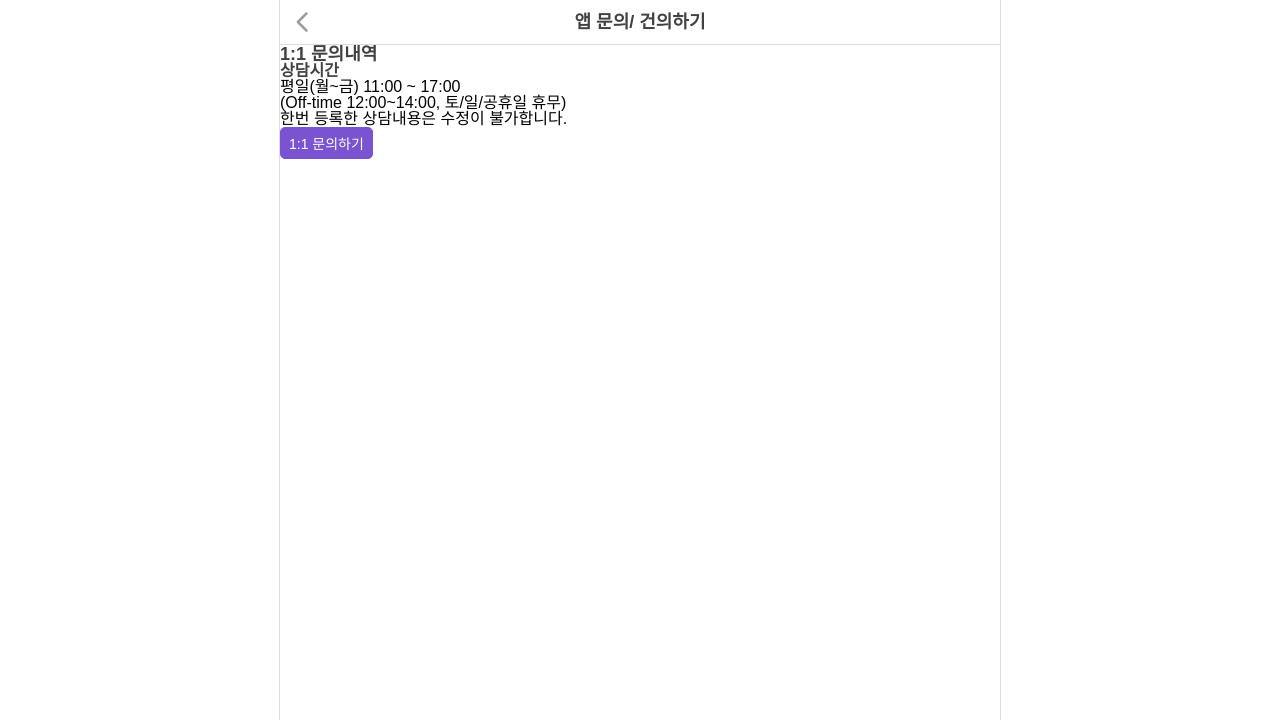
Repository: gosun1018/denguru
Page: my_complain.html
An editor plug-in stored every save of this project. The page is shown before and after the next save, followed by the edit.
The browser window is 1280 px wide. The pictures show the whole page.
Some web fonts or font styles are not loaded; a fallback is used. The style sheet was rebuilt from its Sass, Less or Tailwind sources for each picture, by a compiler version that may differ from the author's.

Above is the page before, as saved 2020-03-20 19:07:26.

### my_complain.html
<!DOCTYPE html>
<html lang="ko">
<head>
    <meta charset="UTF-8">
    <meta name="viewport" content="width=device-width, initial-scale=1.0">
    <title>DENGURU:: 앱 문의/ 건의하기</title>
    <link rel="stylesheet" href="css/main.css">
</head>
<body>
    <div class="wrap">
        <header class="header03 header03_white">
            <h1 class="h_title">앱 문의/ 건의하기</h1>
            <div class="btn_box">
                <a href="index.html" class="btn_goback btn_left">
                    <img src="images/icon-goback.svg" alt="이전페이지" class="icon">
                </a>
            </div>
        </header>
        <div class="main">
            <div class="pd_header03"></div>
            <div class="complain_container">
                <h2 class="title08">1:1 문의내역</h2>
                <div class="complain_announce_container">
                    <h3 class="title09">상담시간</h3>
                    <div class="complain_announce_txt">
                        평일(월~금) 11:00 ~ 17:00
                        <br>(Off-time 12:00~14:00, 토/일/공휴일 휴무)
                    </div>
                    <div class="complain_announce_txt">
                        한번 등록한 상담내용은 수정이 불가합니다.
                    </div>
                    <div class="btn_box">
                        <a href="" class="btn btn_mid btn_main">1:1 문의하기</a>
                    </div>
                </div>
            </div>
        </div>
    </div>
</body>
</html>

### css/scss/main.scss
@charset "utf-8";

//utils
@import "utils/variables";
@import "utils/mixins";
@import "utils/animations";

// base
@import "base/reset";
@import "base/layout";
@import "base/typography";

//modules
@import "modules/swipercustom";
@import "modules/form";
@import "modules/button";
@import "modules/popup";
@import "modules/popover";
@import "modules/toast";
@import "modules/pagination";

//component
@import "component/header";
@import "component/navigation";
@import "component/itemlist";
@import "component/reviewlist";
@import "component/taglist";
@import "component/postlist";
@import "component/postcontent";

//pages
@import "pages/mainpg";
@import "pages/search";
@import "pages/resister-pet";
@import "pages/review";
@import "pages/home-item-info";
@import "pages/gostore";
@import "pages/password-mail-complete";
@import "pages/storelist";
@import "pages/my-main";
@import "pages/my-notification";
@import "pages/members";
@import "pages/withdrawal";
@import "pages/order-history";
@import "pages/mycomplain";

### css/scss/utils/_variables.scss
@import url(https://cdn.jsdelivr.net/gh/moonspam/NanumSquare@1.0/nanumsquare.css);

//base color
$main-color: #7953d0;//#5f4899;
$main-bold-color: #5b13d6;
$secondary-color: #ffb025;
$accent-color: #ff4d7e;//#d72d5c;
$primary-color: #0095c6;
$bg-gray-color: #f3f1f6;

//gray-scale
$gray-0: #fff;
$gray-1: #f5f5f5;
$gray-2: #dbdbdb;
$gray-3: #bdbdbd;
$gray-4: #9e9e9e;
$gray-5: #747474;
$gray-6: #616161;
$gray-7: #414141;
$gray-8: #141414;

//FONT

//font-color
$bold-font-color: $gray-8;
$base-font-color: $gray-7;
$light-font-color: $gray-6;
$x-light-font-color: $gray-5;
$main-font-color: $main-color;
$main-bold-font-color: $main-bold-color;
$accent-font-color: $accent-color;
$primary-font-color: $primary-color;

//font-family
$base-font-family: 'NanumSquare','Apple SD Gothic Neo','Malgun Gothic',arial,sans-serif;

//font-size
$base-font-size: 14px;
$xsmall-font-size: ceil($base-font-size * 0.71); //10px
$small-font-size: ceil($base-font-size * 0.85); //12px
$mid-font-size: ceil($base-font-size * 0.92); //13px
$large-font-size: ceil($base-font-size * 1.14); //16px

$title-font-size: ceil($base-font-size * 1.28); //18px

//line-height
$base-line-height: 1.4;
$narrow-line-height: 1.2;
$mid-line-height: 1.6;
$wide-line-height: 1.8;

//
$layout-base-padding: 16px;
$layout-small-padding: $layout-base-padding / 2;
$layout-large-padding: $layout-base-padding * 1.5;

// border
$base-border: 1px solid $gray-3;
$light-border: 1px solid $gray-2;
$x-light-border: 1px solid $gray-1;
$main-border: 1px solid $main-color;
$secondary-border: 1px solid $secondary-color;
$accent-border: 1px solid $accent-color;
$primary-border: 1px solid $primary-color;

//border-radius
$base-border-radius: 5px;
$large-border-radius: 10px;

// fixed component height
$gnb-bottom-height: $layout-base-padding * 3.5;
$nav-gostore-height: 48px;

$header-height01: $layout-base-padding * 3.5;
$header-height02: $layout-base-padding * 3.5;
$header-height03: 45px;
$header-height04: 45px;
$header-height05: 45px;
$header-height06: $layout-base-padding * 3.5;

### css/scss/utils/_mixins.scss
@mixin clearfix {
    &:after {
        content: '';
        display: block;
        clear: both;
    }
}

@mixin position-center($position) {
    position: $position;
    top: 50%;
    left: 50%;
    transform: translate(-50%, -50%);
}

@mixin one-line-ellipsis {
    white-space: nowrap;
    text-overflow: ellipsis;
    overflow: hidden;
}

@mixin multi-line-ellipsis ($line-height, $lines) {
    overflow: hidden;
    text-overflow: ellipsis;
    display: -webkit-box;
    -webkit-line-clamp: $lines;
    -webkit-box-orient: vertical;
    word-wrap: break-word;
    line-height: $line-height;
    height: $line-height * $lines * 1em;
}

@mixin circle ($box-size) {
    width: $box-size;
    height: $box-size;
    border-radius: $box-size / 2;
}

@mixin blind {
    position: absolute;
    overflow: hidden;
    clip: rect(0 0 0 0);
    margin: -1px;
    width: 1px;
    height: 1px;
}

@mixin layout-frame {
    width: 100%;
    max-width: 720px;
    min-width: 320px;
}

@mixin thumnail {
    position: relative;
    overflow: hidden;

    .img {
        position: absolute;
        top: 0;
        left: 0;
        width: 100%;
        height: 100%;
        object-fit: cover;
    }
}

@mixin thumnail-border($radius) {
    position: relative;

    &:after {
        content: '';
        position: absolute;
        top: 0;
        left: 0;
        width: 100%;
        height: 100%;
        box-sizing: border-box;
        border: 1px solid rgba($gray-2, 0.5);
        border-radius: $radius;
    }
}

@mixin btn-color-full($color) {
    background-color: $color;
    border: 1px solid $color;
}

### css/scss/utils/_animations.scss
@keyframes width-0-to-100 {
    from {
        width: 0;
    }

    to {
        width: 100%;
    }
}

### css/scss/base/_reset.scss
/* http://meyerweb.com/eric/tools/css/reset/
   v2.0 | 20110126
   License: none (public domain)
*/

html, body, div, span, applet, object, iframe, h1, h2, h3, h4, h5, h6, p, blockquote, pre, a, abbr, acronym, address, big, cite, code, del, dfn, em, img, ins, kbd, q, s, samp, small, strike, strong, sub, sup, tt, var, b, u, i, center, dl, dt, dd, ol, ul, li, fieldset, form, label, legend, table, caption, tbody, tfoot, thead, tr, th, td, article, aside, canvas, details, embed, figure, figcaption, footer, header, hgroup, menu, nav, output, ruby, section, summary, time, mark, audio, video {
    margin: 0;
    padding: 0;
    border: 0;
    font-size: 100%;
    font: inherit;
    vertical-align: baseline; }

  /* HTML5 display-role reset for older browsers */

  article, aside, details, figcaption, figure, footer, header, hgroup, menu, nav, section {
    display: block; }

  body {
    line-height: 1; }

  ol, ul {
    list-style: none; }

  blockquote, q {
    quotes: none; }

  blockquote {
    &:before, &:after {
      content: '';
      content: none; } }

  q {
    &:before, &:after {
      content: '';
      content: none; } }

  table {
    border-collapse: collapse;
    border-spacing: 0; }

  a {
    color: inherit;
    text-decoration: none;
  }
  :focus {
    outline-color: $main-color;
  }

### css/scss/base/_layout.scss
body {
    display: flex;
    min-height: 100vh;
    font-family: $base-font-family;
}
.blind {
    @include blind;
}
.clearfix {
    @include clearfix;
}
.wrap {
    display: flex;
    flex-direction: column;
    flex: 1;
    @include layout-frame;
    margin: 0 auto;
    background-color: $bg-gray-color;
}
@media screen and (min-width: 722px) {
    .wrap {
        border-right: $light-border;
        border-left: $light-border;
    }
}
.main {
    display: flex;
    flex-direction: column;
    min-height: 100vh;
}
.img_box {
    font-size: 0;

    .img {
        width: 100%;
        font-size: 12px;
    }
}
.vis_hidden {
    visibility: hidden;
}
.sect01 {
    padding: $layout-base-padding*3 0 0;
    margin-bottom: $layout-base-padding;
    background-color: $gray-0;

    .btn_box_bottom {
        margin-top: $layout-large-padding;
    }
    .btn_more {
        display: block;
        height: $layout-base-padding * 3;
        line-height: $layout-base-padding * 3;
        font-size: $base-font-size;
        border-top: $light-border;
        text-align: center;
        color: $main-font-color;
        font-weight: bold;

        .icon {
            width: 1.1em;
            vertical-align: middle;
        }
    }
}
.sect02 {
    padding: $layout-base-padding*3 0;
    margin-bottom: $layout-base-padding;
    background-color: $gray-0;

    .swiper-pagination {
        bottom: 0;
    }
    .items_wrap {
        padding-bottom: 10px;
    }
}
.sect03 {
    padding: $layout-small-padding;
    background-color: $gray-0;
}
.sect04 {
    margin-top: $layout-base-padding;
    background-color: $gray-0;
}
.sect05 {
    padding: $layout-large-padding 0;
    background-color: $gray-0;
}
.sect06 {
    padding: $layout-base-padding*2 0;
    background-color: $gray-0;
}
.sect_ad01 {
    font-size: 0;

    .bnr {
        width: 100%;
        font-size: 12px;
    }
}
.mt_head02 {
    margin-top: $layout-base-padding * 3.5;
}

### css/scss/base/_typography.scss
.txt_center {
    text-align: center;
}
.txt_left {
    text-align: left;
}
.txt_right {
    text-align: right;
}
.emph_color_main {color: $main-font-color;}
.emph_color_accent {color: $accent-font-color;}
.emph_color_primary {color: $primary-font-color;}
.title01 {
    margin: 0 $layout-base-padding $layout-large-padding;
    font-size: $title-font-size;
    font-weight: 900;
    color: $bold-font-color;

    .emph {
        color: $main-font-color;
    }
}
.title02 {
    font-size: $large-font-size;
    font-weight: bold;
    color: $bold-font-color;
}
.title03 {
    padding: 0 $layout-base-padding;
    margin-bottom: $layout-base-padding;
    font-size: $title-font-size;
    font-weight: 900;
    color: $bold-font-color;

    .emph {
        color: $main-font-color;
    }
}
.title04 {
    display: flex;
    justify-content: space-between;
    align-items: center;
    padding: 0 $layout-base-padding;
    height: 40px;
    border-bottom: $light-border;

    .tit {
        font-size: $large-font-size;
        font-weight: bold;
        color: $base-font-color;
    }
    .tit_sub01 {
        font-size: $base-font-size;
        color: $main-font-color;
    }
}
.title05 {
    margin: 0 $layout-base-padding;
    padding-top: $layout-small-padding;
    font-size: $large-font-size;
    font-weight: bold;
    color: $bold-font-color;

    .tit_sub {
        font-size: $mid-font-size;
        font-weight: normal;
        color: $base-font-color;
    }
}
.title06 {
    font-size: $large-font-size;
    color: $bold-font-color;
}
.title07 {
    font-size: $base-font-size;
    color: $bold-font-color;
}
.title08 {
    font-size: $title-font-size;
    font-weight: bold;
    color: $base-font-color;
}
.title09 {
    font-size: $large-font-size;
    font-weight: bold;
    color: $base-font-color;
}
.sub_title01 {
    padding-left: $layout-small-padding;
    margin: 0 $layout-base-padding;
    border-left: $base-border;
    font-size: $mid-font-size;
    color: $base-font-color;
    line-height: $base-line-height;

    .emph01 {
        font-size: 1.076em;
        font-weight: bold;
        color: $main-font-color;
    }
    .emph02 {
        font-weight: bold;
    }
}
.paragraph01 {
    font-size: $base-font-size;
    color: $base-font-color;
    line-height: $base-line-height;
}

### css/scss/modules/_swipercustom.scss
.swiper-pagination {

    .swiper-pagination-bullet {
        width: 10px;
        height: 10px;
    }
}
.swiper-container-horizontal>.swiper-pagination-bullets .swiper-pagination-bullet {
    margin: 0 $layout-small-padding;
}

.pagination_main {

    .swiper-pagination-bullet-active {
        background-color: $main-color;
    }
}
.swiper-pagination {font-size: 0;}

.items_wrap.swiper-container {
    padding: 0 $layout-base-padding 10px;
}

### css/scss/modules/_popover.scss
.popover_container {
    position: relative;
}
.popover {
    display: none;
    position: absolute;
    padding: 8px;
    border-radius: $base-border-radius;
    word-break: keep-all;
    font-size: $base-font-size;
    line-height: $base-line-height;
    box-shadow: 0 1px 4px rgba(0,0,0,0.15);

    &:before {
        content: '';
        position: absolute;
        display: block;
        width: 0;
        height: 0;
        border: 5px solid transparent;
    }
    &.show {
        display: block;
    }
}
.popover_main {
    background-color: $main-color;
    color: $gray-0;

    &.popover_right_top:before {
        border-bottom-color: $main-color;
    }
}
.popover_right_top{
    top: calc(100% + 5px);
    right: -3px;

    &:before {
        top: -10px;
        right: 5px;
    }
}

### css/scss/modules/_toast.scss
.toast_box {
    position: fixed;
    bottom: $gnb-bottom-height;
    left: $layout-base-padding;
    right: $layout-base-padding;
    display: flex;
    justify-content: center;
    align-items: center;
    padding: $layout-small-padding;
    min-height: 48px;
    box-sizing: border-box;
    background-color: rgba(0,0,0,0.85);
    color: #fff;
    font-size: $base-font-size;
    line-height: $base-line-height;
    text-align: center;
    word-break: keep-all;
    border-radius: $large-border-radius;
    overflow: hidden;
    visibility: hidden;
    opacity: 0;
    transition: opacity .5s, visibility .5s, transform .5s;
    z-index: 900;

    &.show {
        opacity: 1;
        visibility: visible;
        transform: translate(0, $layout-small-padding*-1);
    }
}

### css/scss/modules/_pagination.scss
.pagination01 {
    display: flex;
    justify-content: center;

    .page {
        height: 24px;
        min-width: 24px;
        padding: 0 3px;
        box-sizing: border-box;
        border-radius: 12px;
        margin: 0 4px;
        text-align: center;
        font-size: $base-font-size;
        line-height: 24px;
        color: $light-font-color;

        &.active {
            background-color: $main-color;
            color: $gray-0;
            font-weight: 900;
        }
        &.disabled {
            opacity: .5;
        }
    }
    .page_link {
        display: block;
        width: 100%;
        height: 100%;
    }
}

### css/scss/component/_taglist.scss
.tag_list01 {

    .tag_item {
        width: fit-content;
        float: left;

        .btn {
            margin: 0 4px;
        }
        &:first-child .btn {
            margin-left: $layout-base-padding;
        }
        &:last-child .btn {
            margin-right: $layout-base-padding;
        }

        &.active .btn {
            font-weight: bold;
            background-color: $secondary-color;
            border-color: $secondary-color;
        }
    }
}

### css/scss/component/_postlist.scss
.post_list_wrap {
    flex: 1;
    padding: $layout-small-padding 0 $layout-base-padding;
    background-color: $gray-0;

    .pagination01 {
        margin-top: $layout-base-padding * 2;
    }
}

.post_list01 {
    padding: 0 $layout-base-padding;

    .post_item {
        padding: $layout-base-padding 0;
        border-bottom: $light-border;
    }
    .post_date {
        margin-bottom: $layout-small-padding;
        font-size: $small-font-size;
        color: $light-font-color;
    }
    .post_title {
        font-size: $base-font-size;
        color: $bold-font-color;
        @include multi-line-ellipsis($base-line-height,2);
        height: auto;
        max-height: $base-line-height * 2em;

        .icon_new {
            height: 1em;
            vertical-align: middle;
        }
    }
}

### css/scss/component/_postcontent.scss
.post_content_wrap {
    flex: 1;
    display: flex;
    flex-direction: column;
}
.post_content_title_container {
    padding: $layout-base-padding;
    border-bottom: $light-border;

    .post_content_title {
        font-size: $large-font-size;
        line-height: $base-line-height;
        font-weight: bold;
        color: $base-font-color;
    }
    .post_content_date {
        margin-top: $layout-small-padding;
        font-size: $small-font-size;
        color: $light-font-color;
    }
}
.post_content_article {
    min-height: 200px;
    padding: $layout-large-padding $layout-base-padding;
    background-color: $gray-0;
    font-size: $mid-font-size;
    line-height: $mid-line-height;
    color: $base-font-color;
}
.post_content_link_container {
    flex: 1;
    padding: 0 $layout-base-padding;
    margin-top: $layout-base-padding;
    background-color: $gray-0;

    .post_content_link_box {
        margin-top: $layout-small-padding;
    }
    .post_content_link {
        display: flex;
        align-items: center;
    }
    .icon_box {
        width: 24px;
        height: 24px;

        .img {
            width: 100%;
            height: 100%;
        }
    }
    .post_page {
        margin: 0 $layout-small-padding;
        font-size: $mid-font-size;
        color: $base-font-color;
    }
    .post_title {
        font-size: $base-font-size;
        color: $bold-font-color;
        @include one-line-ellipsis;
    }

}

### css/scss/pages/_gostore.scss
.h_load_bar_box {
    display: none;
    width: 100%;
    height: 4px;
    background-color: $bg-gray-color;
    overflow: hidden;

    &.show {
        display: block;
    }

    .h_load_bar {
        width: 0;
        height: 100%;
        background-color: $main-color;
        border-radius: 0 2px 2px 0;
        animation: ease-in-out 5s forwards width-0-to-100;
    }
}

.load_gostore_container {
    display: none;
    flex: 1;
    box-sizing: border-box;
    flex-direction: column;
    background-color: $gray-0;

    &.show {
        display: flex;
    }

    .load_img_container {
        display: flex;
        flex: 7;
        justify-content: center;
        align-items: center;
    }
    .load_img_box {
        width: 140px;
        margin: 0 auto 22px;
    }
    .load_txt_box {
        text-align: center;

        .txt01 {
            font-size: 20px;
            color: $base-font-color;
            font-weight: 900;
        }
        .txt02 {
            margin-top: $layout-small-padding;
            font-size: $large-font-size;
            color: $base-font-color;
        }
        .emph {
            color: $main-font-color;
        }
    }
    .load_notice_container {
        display: flex;
        justify-content: center;
        align-items: center;
        flex: 3;
        background-color: $gray-1;
        text-align: center;
        font-size: $small-font-size;
        line-height: $base-line-height;
        color: $light-font-color;
    }
}
.page_store {
    display: none;
    flex: 1;
    overflow-y: auto;
    overflow-x: hidden;

    &.show {
        display: block;
    }
}

### css/scss/pages/_password-mail-complete.scss
.mail_complete_container {
    height: 100vh;
    display: flex;
    flex-direction: column;
    justify-content: center;
    align-items: center;
    background-color: $gray-0;

    .img_motion_box {
        width: 140px;
        margin: 0 auto;

        .img {
            width: 100%;
        }
    }
    .mail_complete_txt01 {
        margin-top: $layout-large-padding;
        text-align: center;
        font-size: 20px;
        line-height: $narrow-line-height;
        font-weight: 900;

        .emph {
            color: #8054ea;
        }
    }
    .mail_complete_txt02 {
        margin-top: 12px;
        text-align: center;
        font-size: $base-font-size;
        line-height: $base-line-height;
        color: $base-font-color;
    }
    .btn_box {
        margin-top: 60px;
        justify-content: center;
    }
    .btn_mail_success {
        width: 90px;
        height: 40px;
        font-size: $large-font-size;
        line-height: 40px;
    }
}

### css/scss/pages/_my-notification.scss
.notification_list_container {
    background-color: $gray-0;

    .notification_box {
        position: relative;
        padding: $layout-large-padding $layout-base-padding;

        &:not(:first-child):before {
            content: '';
            display: block;
            position: absolute;
            top: 0;
            left: $layout-base-padding;
            right: $layout-base-padding;
            height: 1px;
            background-color: $gray-1;
        }
    }
    .notification_new {
        background-color: $bg-gray-color;
    }
    .notification_link {
        display: flex;
    }
    .icon_box {
        flex-shrink: 0;
        width: 24px;
        height: 24px;
        margin-right: $layout-base-padding;
    }
    .notification_content {
        flex: 1;
    }
    .notification_title {
        font-size: $base-font-size;
        color: $bold-font-color;
        line-height: $base-line-height;
    }
    .notification_date {
        margin-top: 4px;
        font-size: $small-font-size;
        color: $light-font-color;
    }
    .notification_img {
        margin-top: $layout-base-padding;
    }
}

### css/scss/pages/_withdrawal.scss
.withdrawal_title_container {
    padding: $layout-base-padding*2 $layout-base-padding;
    background-color: $gray-0;

    .img_box {
        height: 64px;

        .img {
            height: 100%;
            object-fit: contain;
        }
    }
    .withdrawal_title {
        margin-top: $layout-base-padding;
        font-size: $title-font-size;
        font-weight: bold;
        color: $bold-font-color;
    }
}
.withdrawal_info_container {
    padding: $layout-large-padding 0;

    .withdrawal_item_num {
        font-weight: bold;
        color: $main-font-color;
    }
    .title07 {
        margin: 0 $layout-base-padding;
    }
}
.withdrawal_item_box {
    margin-bottom: $layout-large-padding;

    .withdrawal_item_list_container {
        margin-top: $layout-small-padding;
    }
    .thumb_box {
        width: 56px;
        height: 56px;
        overflow: hidden;
        border-radius: $base-border-radius;
        @include thumnail;
    }
    .withdrawal_item_bnr {
        margin: $layout-base-padding $layout-base-padding 0;
    }
}
.withdrawal_notice_box {
    padding: 0 $layout-base-padding;

    .withdrawal_notice {
        margin-top: $layout-small-padding;
        font-size: $small-font-size;
        color: $base-font-color;
        line-height: $base-line-height;
    }
}
.withdrawal_btn_container {
    flex: 1;
    padding: $layout-large-padding $layout-base-padding;
    background-color: $gray-0;

    .btn_box {
        margin-top: $layout-large-padding;
    }
}

### css/scss/pages/_mycomplain.scss
.complain_container{
    flex: 1;
    background-color: $gray-0;
}

Loaded but not shown: css/scss/component/_reviewlist.scss (472 lines, source omitted); css/scss/modules/_form.scss (411 lines, source omitted); css/scss/pages/_review.scss (392 lines, source omitted); css/scss/pages/_search.scss (393 lines, source omitted); css/scss/component/_header.scss (401 lines, source omitted); css/scss/component/_itemlist.scss (212 lines, source omitted); css/scss/modules/_popup.scss (207 lines, source omitted); css/scss/pages/_home-item-info.scss (180 lines, source omitted); css/scss/pages/_my-main.scss (173 lines, source omitted); css/scss/pages/_storelist.scss (163 lines, source omitted); css/scss/pages/_order-history.scss (143 lines, source omitted); css/scss/modules/_button.scss (175 lines, source omitted); css/scss/component/_navigation.scss (140 lines, source omitted); css/scss/pages/_mainpg.scss (124 lines, source omitted); css/scss/pages/_resister-pet.scss (116 lines, source omitted); css/scss/pages/_members.scss (106 lines, source omitted)

After the next save:
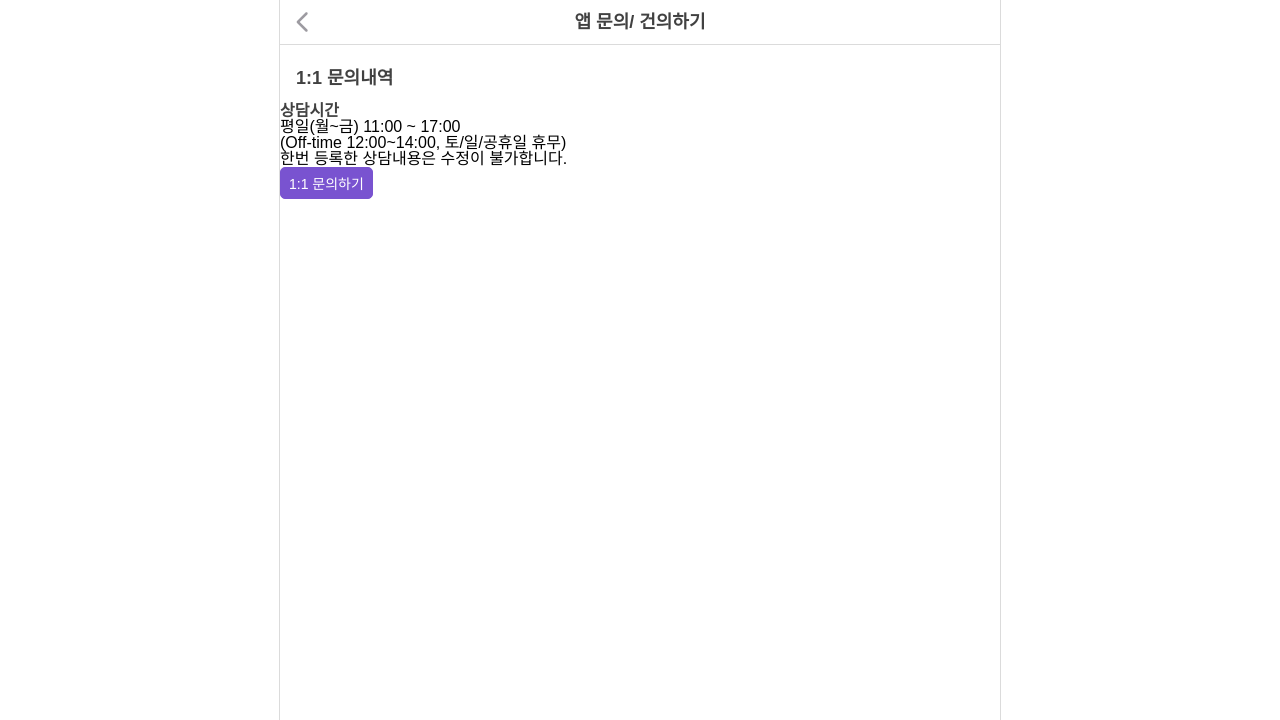
Saved 84 s later.
--- a/css/scss/pages/_mycomplain.scss
+++ b/css/scss/pages/_mycomplain.scss
@@ -1,4 +1,9 @@
 .complain_container{
     flex: 1;
     background-color: $gray-0;
+    padding: $layout-large-padding 0;
+
+    .title08 {
+        margin: 0 $layout-base-padding $layout-base-padding;
+    }
 }
